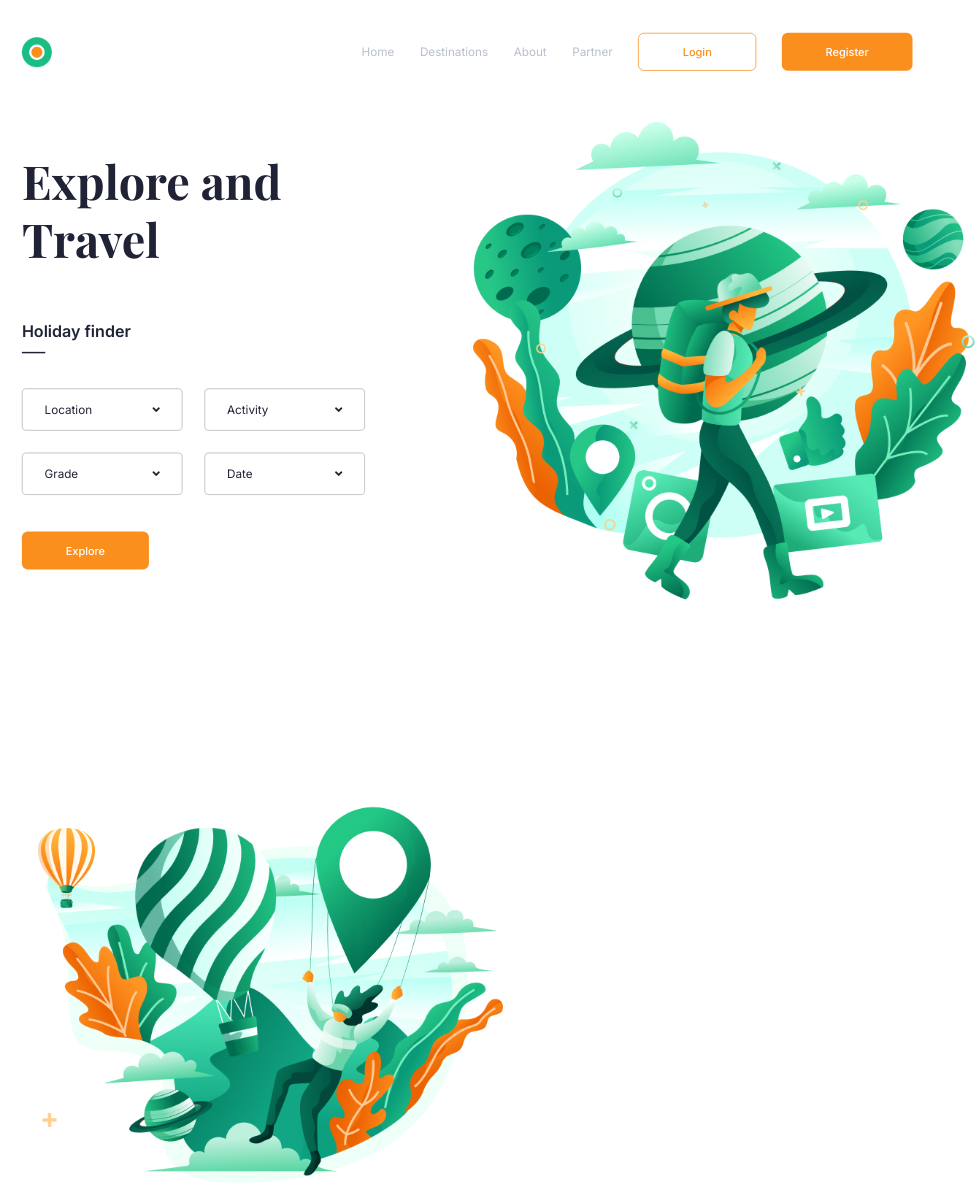
Repository: long5122000/sunny
Page: index.html
The author's editor kept a copy of each file at every save. The page is drawn from the files as they stood at one save, then again after the next save.
The browser window is 1280 px wide. The page is 1335 px wide, so the pictures cover 1335 px, including what lies to the right of the window. The pictures show the whole page, at 73% of full size.
The style sheet was rebuilt from its Sass, Less or Tailwind sources for each picture, by a compiler version that may differ from the author's.

Above is the page before, as saved 2021-11-24 21:10:03.

### index.html
<!DOCTYPE html>
<html lang="en">
  <head>
    <meta charset="UTF-8" />
    <meta http-equiv="X-UA-Compatible" content="IE=edge" />
    <meta name="viewport" content="width=device-width, initial-scale=1.0" />
    <title>Thousand Sunny</title>
    <link rel="preconnect" href="https://fonts.googleapis.com" />
    <link rel="preconnect" href="https://fonts.gstatic.com" crossorigin />
    <link
      href="https://fonts.googleapis.com/css2?family=Inter:wght@400;500;600&family=Mulish:wght@300&family=Playfair+Display:wght@700&display=swap"
      rel="stylesheet"
    />
    <link
      rel="stylesheet"
      href="https://use.fontawesome.com/releases/v5.15.4/css/all.css"
      integrity="sha384-DyZ88mC6Up2uqS4h/KRgHuoeGwBcD4Ng9SiP4dIRy0EXTlnuz47vAwmeGwVChigm"
      crossorigin="anonymous"
    />
    <link rel="stylesheet" href="./css/app.css" />
  </head>
  <body>
    <div class="wrapper">
      <header class="header">
        <div class="container">
          <div class="header-main">
            <img srcset="./images/logo.png 2x" alt="" />
            <ul class="menu">
              <li class="menu-item">
                <a href="#" class="menu-link">Home</a>
              </li>
              <li class="menu-item">
                <a href="#" class="menu-link">Destinations</a>
              </li>
              <li class="menu-item">
                <a href="#" class="menu-link">About</a>
              </li>
              <li class="menu-item">
                <a href="#" class="menu-link">Partner</a>
              </li>
              <li class="menu-item">
                <a href="#" class="btn btn--secondary">Login</a>
              </li>
              <li class="menu-item">
                <a href="#" class="btn btn--primary">Register</a>
              </li>
            </ul>
          </div>
        </div>
      </header>
      <main>
        <section class="hero">
          <div class="container">
            <div class="hero-main">
              <div class="hero-content">
                <h1 class="heading hero-heading">Explore and Travel</h1>
                <div class="hero-caption">Holiday finder</div>
                <div class="hero-form">
                  <div class="dropdown">
                    <div class="dropdown-select">
                      <span class="dropdown-value">Location</span>
                      <i class="fas fa-angle-down"></i>
                    </div>
                    <div class="dropdown-list">
                      <div class="dropdown-item">title</div>
                      <div class="dropdown-item">title</div>
                      <div class="dropdown-item">title</div>
                    </div>
                  </div>
                  <div class="dropdown">
                    <div class="dropdown-select">
                      <span class="dropdown-value">Activity</span>
                      <i class="fas fa-angle-down"></i>
                    </div>
                    <div class="dropdown-list">
                      <div class="dropdown-item">title</div>
                      <div class="dropdown-item">title</div>
                      <div class="dropdown-item">title</div>
                    </div>
                  </div>
                  <div class="dropdown">
                    <div class="dropdown-select">
                      <span class="dropdown-value">Grade</span>
                      <i class="fas fa-angle-down"></i>
                    </div>
                    <div class="dropdown-list">
                      <div class="dropdown-item">title</div>
                      <div class="dropdown-item">title</div>
                      <div class="dropdown-item">title</div>
                    </div>
                  </div>
                  <div class="dropdown">
                    <div class="dropdown-select">
                      <span class="dropdown-value">Date</span>
                      <i class="fas fa-angle-down"></i>
                    </div>
                    <div class="dropdown-list">
                      <div class="dropdown-item">title</div>
                      <div class="dropdown-item">title</div>
                      <div class="dropdown-item">title</div>
                    </div>
                  </div>
                </div>
                <a href="#!" class="btn btn--primary">Explore</a>
              </div>
              <div class="hero-image">
                <img srcset="./images/img1.png 2x" alt="" />
              </div>
            </div>
          </div>
        </section>
        <section class="explore">
          <div class="container">
            <div class="explore-main">
              <div class="explore-image">
                <img srcset="./images/img2.png 2x" alt="" />
              </div>
              <div class="explore-content"></div>
            </div>
          </div>
        </section>
      </main>
    </div>
    <script src="scripts/app.js"></script>
  </body>
</html>

### sass/app.scss
@import "reset";
@import "variables";
@import "global";
@import "typography";
@import "header";
@import "menu";
@import "hero";
@import "explore";
@import "footer";

### sass/_variables.scss
$primary-font: "Inter", sans-serif;
$secondary-font: "Playfair Display", serif;
$third-font: "Mulish", sans-serif;
$gray: #b8becd;
$gray-dark: #afb0b9;
$gray-darkest: #202336;
$primary-color: #fb8f1d;

### sass/_global.scss
.wrapper {
  max-width: 1600px;
  margin: 0 auto;
}
.container {
  max-width: 1260px;
  margin: 0 auto;
  padding: 0 20px;
}
ul {
  list-style: none;
}
.btn {
  display: inline-flex;
  justify-content: center;
  align-items: center;
  cursor: pointer;
  font-size: 15px;
  font-weight: 500;
  font-family: $primary-font;
  line-height: 1;
  height: 52px;
  padding: 0 60px;
  border-radius: 8px;
  background-color: transparent;
  border: 0;
  outline: none;
  &--primary {
    color: white;
    background-color: $primary-color;
  }
  &--secondary {
    color: $primary-color;
    border: 1px solid currentColor;
  }
}
.dropdown {
  &-list {
    display: none;
  }
  &-select {
    display: flex;
    justify-content: space-between;
    align-items: center;
    padding: 20px 30px;
    border-radius: 6px;
    border: 1px solid $gray-dark;
    color: $gray-darkest;
    cursor: pointer;
  }
}

### sass/_typography.scss
body {
  font-family: $primary-font;
  font-size: 16px;
  line-height: 1;
  color: $gray;
}
.heading {
  font-family: $secondary-font;
  color: $gray-darkest;
}

### sass/_header.scss
.header {
  padding-top: 45px;
  padding-bottom: 70px;
  &-main {
    display: flex;
    justify-content: space-between;
    align-items: center;
  }
}

### sass/_menu.scss
.menu {
  display: flex;
  align-items: center;
  gap: 0 35px;
  &-link {
    color: inherit;
  }
}

### sass/_hero.scss
.hero {
  margin-bottom: 270px;
  &-main {
    display: flex;
    justify-content: space-between;
    align-items: center;
  }
  &-heading {
    font-size: 64px;
    line-height: 125%;
    margin-bottom: 74px;
  }
  &-caption {
    font-size: 22px;
    font-weight: 600;
    margin-bottom: 48px;
    padding-bottom: 20px;
    display: inline-block;
    position: relative;
    color: $gray-darkest;
    &:before {
      content: "";
      position: absolute;
      bottom: 0;
      left: 0;
      width: 32px;
      height: 2px;
      background-color: $gray-darkest;
    }
  }
  &-content {
    width: 100%;
    max-width: 470px;
  }
  &-image {
    transform: translateX(85px);
  }
  &-form {
    margin-bottom: 50px;
    display: grid;
    grid-template-columns: 1fr 1fr;
    grid-gap: 30px;
  }
}

Loaded but not shown: sass/_reset.scss (common file); scripts/app.js (no stored copy; drawn as an empty file); sass/_explore.scss (no stored copy; drawn as an empty file); sass/_footer.scss (no stored copy; drawn as an empty file)

After the next save:
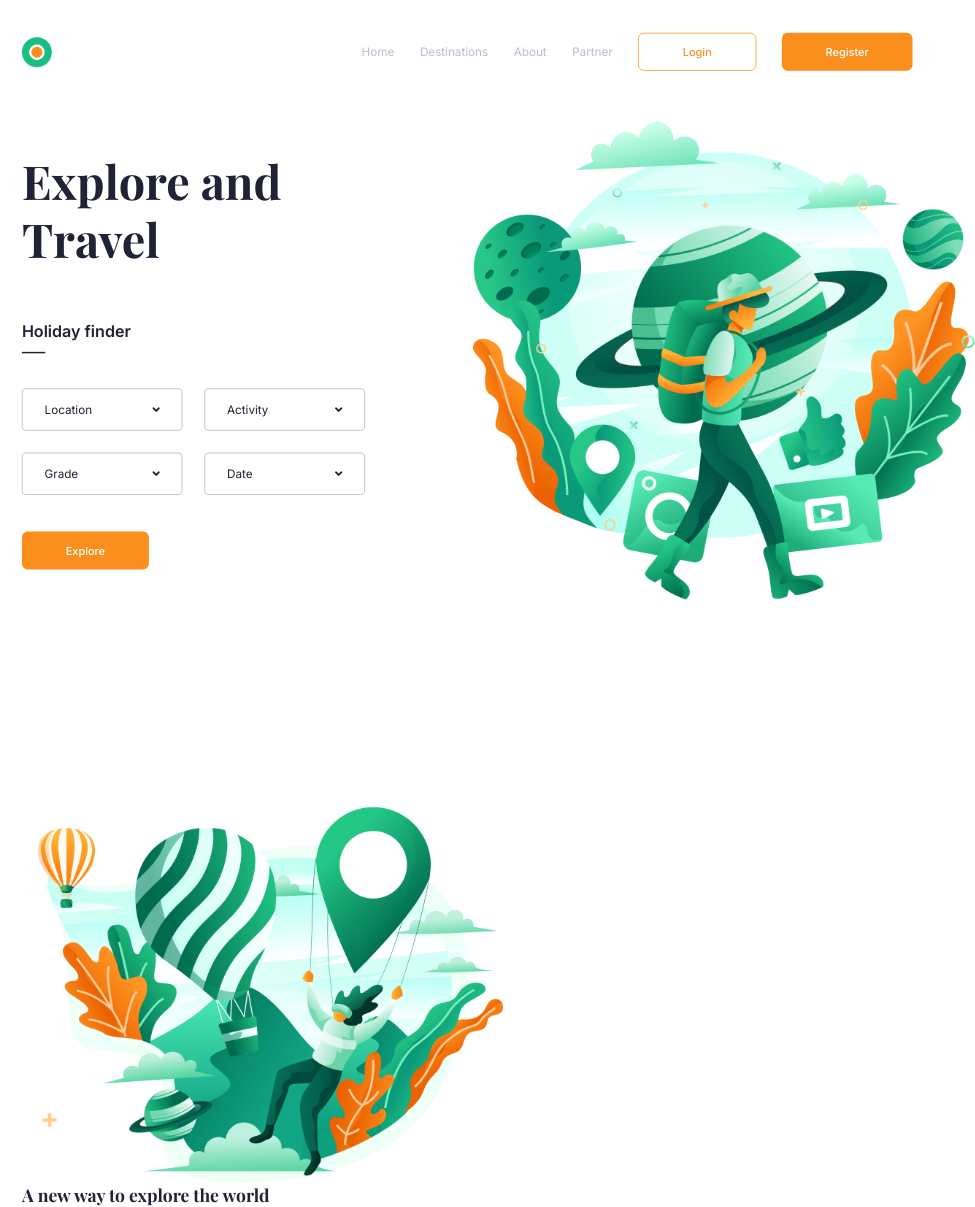
Saved 33 s later.
--- a/index.html
+++ b/index.html
@@ -115,7 +115,9 @@
               <div class="explore-image">
                 <img srcset="./images/img2.png 2x" alt="" />
               </div>
-              <div class="explore-content"></div>
+              <div class="explore-content">
+                <h2 class="heading">A new way to explore the world</h2>
+              </div>
             </div>
           </div>
         </section>
